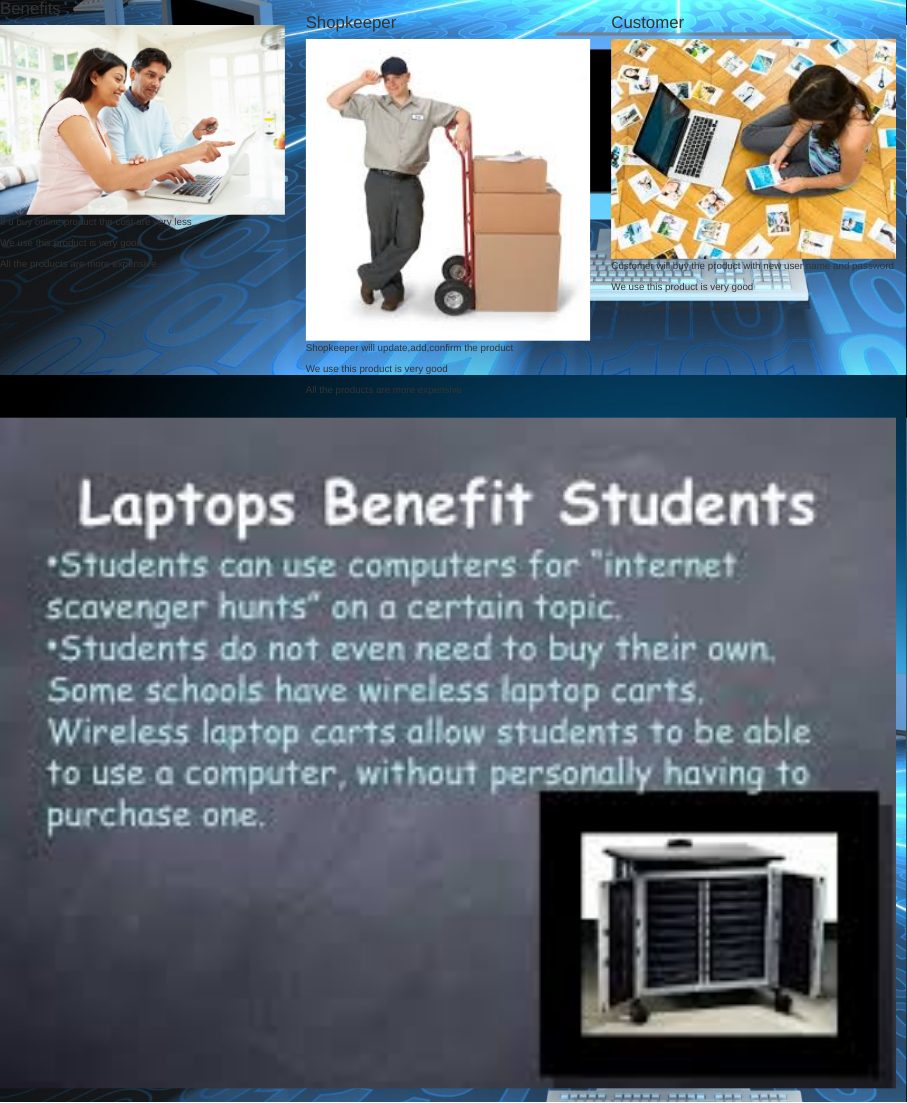
Repository: tom-1295/DTproject
Page: http://localhost/ShopingCartFrontEnd/
These files come from the project's save history. The page is drawn as it stood at one moment and after the next save; the edit follows.
The browser window is 1280 px wide. The page is 1295 px wide, so the pictures cover 1295 px, including what lies to the right of the window. The pictures show the part of the page from y = 3064 to 4944 px (the page is 4639 px tall before and 4944 px after), at 70% of full size.
The page is served by Tomcat 9. Nobody is signed in. The application's start-up code is not run. Other server files are loaded and not shown. The template is opened directly, without the code that normally fills it, so the values that code supplies are empty.

Above is the page before, as saved 2016-06-30 17:56:36.

### Final/ShopingCartFrontEnd/src/main/webapp/index.jsp
<%@ page language="java" contentType="text/html; charset=ISO-8859-1"
    pageEncoding="ISO-8859-1"%>
<!DOCTYPE html>
<%@taglib uri="http://www.springframework.org/tags/form" prefix="form"%>
<%@taglib uri="http://java.sun.com/jsp/jstl/core" prefix="c"%>
<html lang="en">
<%@include file="Header.jsp" %> >


<div class="container">
	<div class="row">
		<div class="col-sm-4">
			<div id="myCarousel" class="carousel slide" data-ride="carousel">
				<!-- Indicators -->
				<ol class="carousel-indicators">
					<li data-target="#myCarousel" data-slide-to="0" class="active"></li>
					<li data-target="#myCarousel" data-slide-to="1"></li>
				</ol>

			<!-- Wrapper for slides -->
			<div class="carousel-inner" role="listbox">
				<div class="item active">
					<img src="<c:url value="/resources/images/IMG-20160623-WA0020.jpg"/>"  alt="Image" width="152" height="118">
					<div class="carousel-caption">
						<h3>Buy for 200</h3>
						<p>iPhone</p>
					</div>
				</div>

				<div class="item">
					<img src="<c:url value="/resources/images/IMG-20160623-WA0007.jpg"/>"  alt="Image" width="152" height="118">
					<div class="carousel-caption">
						<h3>Buy for Rs.999</h3>
						<p>Sony</p>
					</div>
				</div>

				<div class="item">
					<img src="<c:url value="/resources/images/IMG-20160623-WA0003.jpg"/>"  alt="Image" width="152" height="118">
					<div class="carousel-caption">
						<h3>Buy for 500</h3>
						<p>Buy 1 get 1 free</p>
					</div>
				</div>
			</div>

			<!-- Left and right controls -->
			<a class="left carousel-control" href="#myCarousel" role="button" data-slide="prev">
				<span class="glyphicon glyphicon-chevron-left" aria-hidden="true"></span>
				<span class="sr-only">Previous</span>
			</a>
			<a class="right carousel-control" href="#myCarousel" role="button" data-slide="next">
				<span class="glyphicon glyphicon-chevron-right" aria-hidden="true"></span>
				<span class="sr-only">Next</span>
			</a>
		</div>
	</div>



	<div class="col-sm-4">
		<div id="myCarousel" class="carousel slide" data-ride="carousel">
			<!-- Indicators -->
			<ol class="carousel-indicators">
				<li data-target="#myCarousel" data-slide-to="0" class="active"></li>
				<li data-target="#myCarousel" data-slide-to="1"></li>
			</ol>

			<!-- Wrapper for slides -->
			<div class="carousel-inner" role="listbox">
				<div class="item active">
					<img src="<c:url value="/resources/images/IMG-20160623-WA0019.jpg"/>" alt="Image" width="152" height="118">
					<div class="carousel-caption">
						<h3 class="bg-danger">Buy for 500</h3>
						<p class="bg-danger">Buy 1 get 1 free</p>
					</div>
				</div>

				<div class="item">
					<img src="<c:url value="/resources/images/IMG-20160623-WA0018.jpg"/>" alt="Image" width="152" height="118">
					<div class="carousel-caption">
						<h3>Buy for Rs.990</h3>
						<p>Sony</p>
					</div>
				</div>
			</div>

			<!-- Left and right controls -->
			<a class="left carousel-control" href="#myCarousel" role="button" data-slide="prev">
				<span class="glyphicon glyphicon-chevron-left" aria-hidden="true"></span>
				<span class="sr-only">Previous</span>
			</a>
			<a class="right carousel-control" href="#myCarousel" role="button" data-slide="next">
				<span class="glyphicon glyphicon-chevron-right" aria-hidden="true"></span>
				<span class="sr-only">Next</span>
			</a>
		</div>
	</div>
	</div>
		<hr>
	</div>











<div class="container">
  <div class="row">
    <div class="col-sm-4">
      <div class="panel panel-primary">
        <div class="panel-heading">LAPTOPS</div>
        <div class="panel-body"><img src="<c:url value="/resources/images/IMG-20160623-WA0010.jpg"/>" class="img-responsive" style="width:100%" alt="Image"></div>
        <div class="panel-footer">We're changing the world with TECHNOLOGY</div>

      </div>
    </div>
    <div class="col-sm-4">
      <div class="panel panel-danger">
            <div class="panel-heading">CONNECTORS  </div>
        <div class="panel-body"><img src="<c:url value="/resources/images/kuli.jpg"/>" class="img-responsive" style="width:100%" alt="Image"></div>
        <div class="panel-footer">Technology makes a world NEW PLACE </div><br>
      </div>
    </div><br>
    <div class="col-sm-4">
      <div class="panel panel-success">
        <div class="panel-heading">TABLETS</div>
        <div class="panel-body"><img src="<c:url value="/resources/images/IMG-20160623-WA0011.jpg"/>" class="img-responsive" style="width:100%" alt="Image"></div>
        <div class="panel-footer">Disconnecting our technology to reconnect with ourselves </div>
      </div>
    </div>
  </div>
</div><br>


<div class="container">
  <div class="row">
    <div class="col-sm-4">
      <div class="panel panel-primary">
              <div class="panel-heading">HARDDISKS</div>
        <div class="panel-body"><img src="<c:url value="/resources/images/Lenovo-Tab-A10-3a_1466691716692.jpg"/>" class="img-responsive" style="width:100%" alt="Image"></div>
        <div class="panel-footer">Sometimes memories crashed but HARDDISKS always remember you </div>

    </div></div><br>
    <div class="col-sm-4">
      <div class="panel panel-primary">
        <div class="panel-heading">LAPTOP SAFER </div>
        <div class="panel-body"><img src="<c:url value="/resources/images/sony_xperia_tablet_z_g02_1466691707909.jpg"/>" class="img-responsive" style="width:100%" alt="Image"></div>
        <div class="panel-footer">Technology is a useful servant BUT dangerous masters</div>
      </div>
    </div>
    <div class="col-sm-4">
      <div class="panel panel-primary">
        <div class="panel-heading"></div>       <div class="panel-body">
        TOOLS
</div><img src="<c:url value="/resources/images/g.jpg"/>" class="img-responsive" style="width:100%" alt="Image">
        <div class="panel-footer">It is almost as easy to EREVATED by triumphs as by defeat </div>

    </div>
  </div>
</div></div><br>
<div class="Java">
  <div class="Products">

  <br>

    <h1>GET ONLINE TO A home</h1>
  </div><img src="<c:url value="/resources/images/ggghh.jpg"/>" class="img-responsive" style="width:100%" alt="Image">
  </div>
  <br>
  <div class="row">
    <div class="col-sm-4">
      <h3>Benefits</h3>
      <img src="<c:url value="/resources/images/28159373-Indian-Couple-Making-Online-Purchase-At-Home-Stock-Photo.jpg"/>" class="img-responsive" style="width:100%" alt="Image">
      <p>If u buy online product the cost are very less</p>
     <p> We use this product is very good</p>
     <p> All the products are more expensive
      </p>
    </div>
    <br>
    <div class="col-sm-4">
      <h3>Shopkeeper</h3>
      <img src="<c:url value="/resources/images/dd.jpg"/>" class="img-responsive" style="width:100%" alt="Image">
      <p>Shopkeeper will update,add,confirm the product</p>
      <p> We use this product is very good</p>
     <p> All the products are more expensive
      </p>
      <br>
    </div>
    <div class="col-sm-4">
      <h3>Customer</h3>
      <img src="<c:url value="/resources/images/dddd.jpg"/>" class="img-responsive" style="width:100%" alt="Image">
      <p>Customer will buy the product with new user name and password</p>
     <p> We use this product is very good</p>
     <p> All the products are more expensive
      </p>
    </div>
    <br>
  </div>
<img src="<c:url value="/resources/images/sss.jpg"/>" class="img-responsive" style="width:100%" alt="Image">
<br>


</body>
</html>

### Final/ShopingCartFrontEnd/src/main/webapp/Header.jsp
<%@ page language="java" contentType="text/html; charset=ISO-8859-1"
    pageEncoding="ISO-8859-1"%>
<!DOCTYPE html>
<%@taglib uri="http://www.springframework.org/tags/form" prefix="form"%>
<%@taglib uri="http://java.sun.com/jsp/jstl/core" prefix="c"%>
<html lang="en">
<head>
<title>Login Page</title>
<meta charset="utf-8">
<meta name="viewport" content="width=device-width, initial-scale=1">
<link rel="stylesheet"	href="http://maxcdn.bootstrapcdn.com/bootstrap/3.3.6/css/bootstrap.min.css">
<script	src="https://ajax.googleapis.com/ajax/libs/jquery/1.12.2/jquery.min.js"></script>
<script	src="http://maxcdn.bootstrapcdn.com/bootstrap/3.3.6/js/bootstrap.min.js"></script>
<body background="<c:url value="/resources/images/sssback.jpg" />">
<style>
    /* Add a gray background color and some padding to the footer */
    footer {
      background-color: violet;
      padding: 25px;
    }

    .carousel-inner img {
      width: 100%; /* Set width to 100% */
      min-height: 200px;
    }

    /* Hide the carousel text when the screen is less than 600 pixels wide */
    @media (max-width: 600px) {
      .carousel-caption {
        display: none;
      }
    }
  </style>
</head>
<body background="<c:url value="/resources/images/vvvvvv.jpg" />" >
<div class="container">
	<div class="row">
	        <div class="col-sm-2">
			<figure class="figure">
						<img src="<c:url value="/resources/images/images.jpg"/>" class="img-responsive" style="width:100%" alt="Image">

			</figure>
			</div>

			<div class="col-sm-8">
			   <h1>  <p class="text-center">NANDHINI Electronic Tools and Appliances</h1>
			   <img src="<c:url value="/resources/images/n.jpg"/>" class="img-responsive" style="width:100%" alt="Images">
			</div>
	        <div class="col-sm-2">
			<figure class="figure">
						<img src="<c:url value="/resources/images/index.jpg"/>" class="img-responsive" style="width:100%" alt="Image">
						<div class="carousel-caption">
						<h2 > </h2>
						</div>
			</figure>
			</div>
	</div>
</div><br>

<nav background="<c:url value="/resources/images/vvvvvv.jpg"/>" class="navbar navbar-inverse">
  <div class="container-fluid">
    <div class="navbar-header">
      <button type="button" class="navbar-toggle" data-toggle="collapse" data-target="#myNavbar">
        <span class="icon-bar"></span>
        <span class="icon-bar"></span>
        <span class="icon-bar"></span>
      </button>
      <a class="navbar-brand" href="#">Search by</a>
    </div>
    <div class="collapse navbar-collapse" id="myNavbar">
      <ul class="nav navbar-nav">
        <li class="active"><a href="#">Price</a></li>
        <li><a href="#" class="bg-danger">Brands</a></li>
        <li><a href="#" >Size</a></li>
      </ul>

      <ul class="nav navbar-nav navbar-right">
       <li><a href="#" class="bg-danger">Accessories</a></li>
         <li><a href="#"class= "bg-info">Lucky Draw</a></li>
		<li><a href="index.jsp" class="btn btn-default" role="button">Home</a></li>
        <li><a href="login.jsp"><span class="glyphicon glyphicon-log-in"></span> Login</a></li>
      </ul>
    </div>
  </div>
</nav>

After the next save:
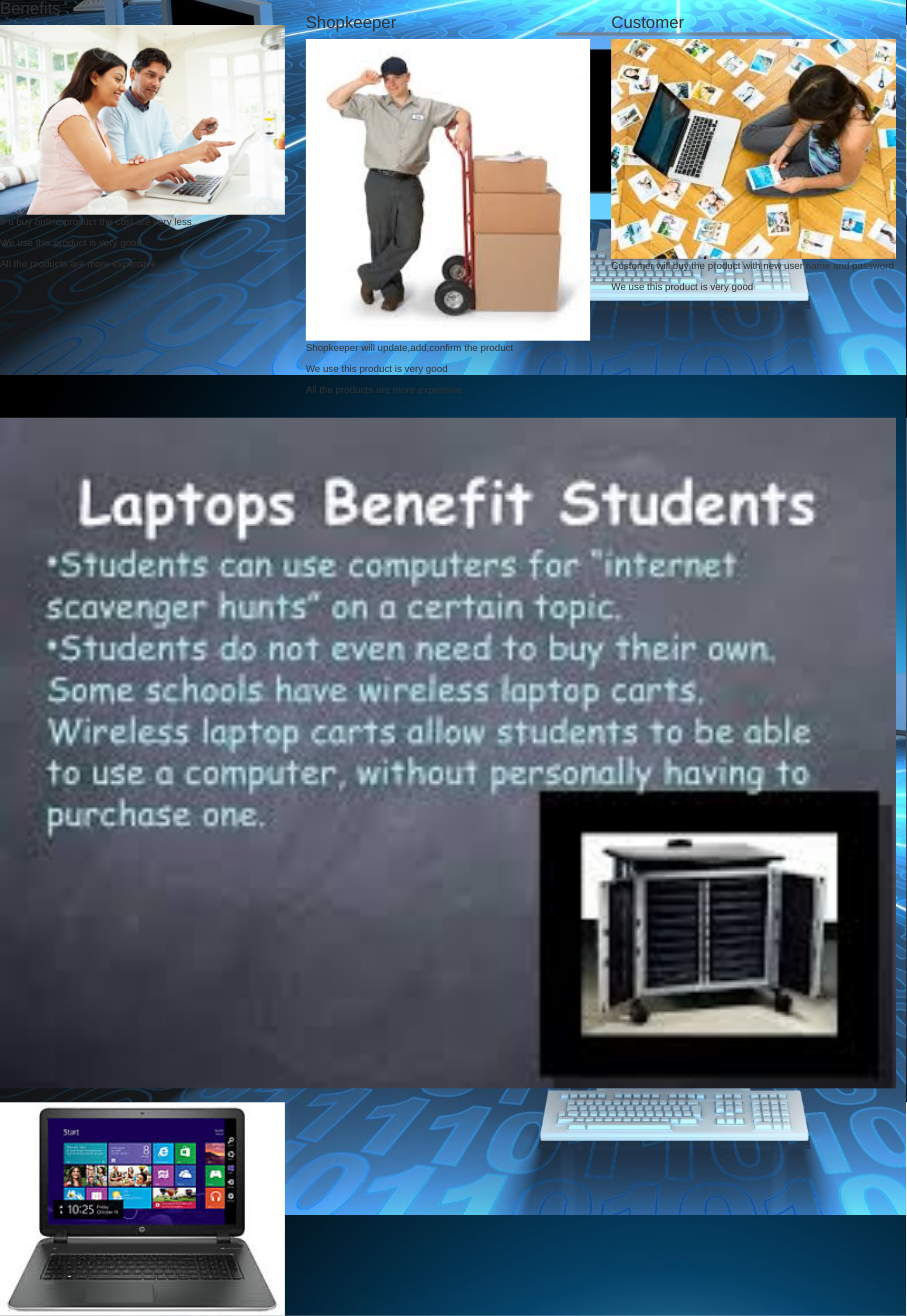
Saved 15 min 15 s later.
--- a/Final/ShopingCartFrontEnd/src/main/webapp/index.jsp
+++ b/Final/ShopingCartFrontEnd/src/main/webapp/index.jsp
@@ -206,5 +206,19 @@
 <br>
 
 
+
+
+
+   <div class="row">
+    <div class="col-sm-4">
+
+      <img src="<c:url value="/resources/images/12.jpg"/>" class="img-responsive" style="width:100%" alt="Image">
+
+    </div>
+
+
+
+
+
 </body>
 </html>
